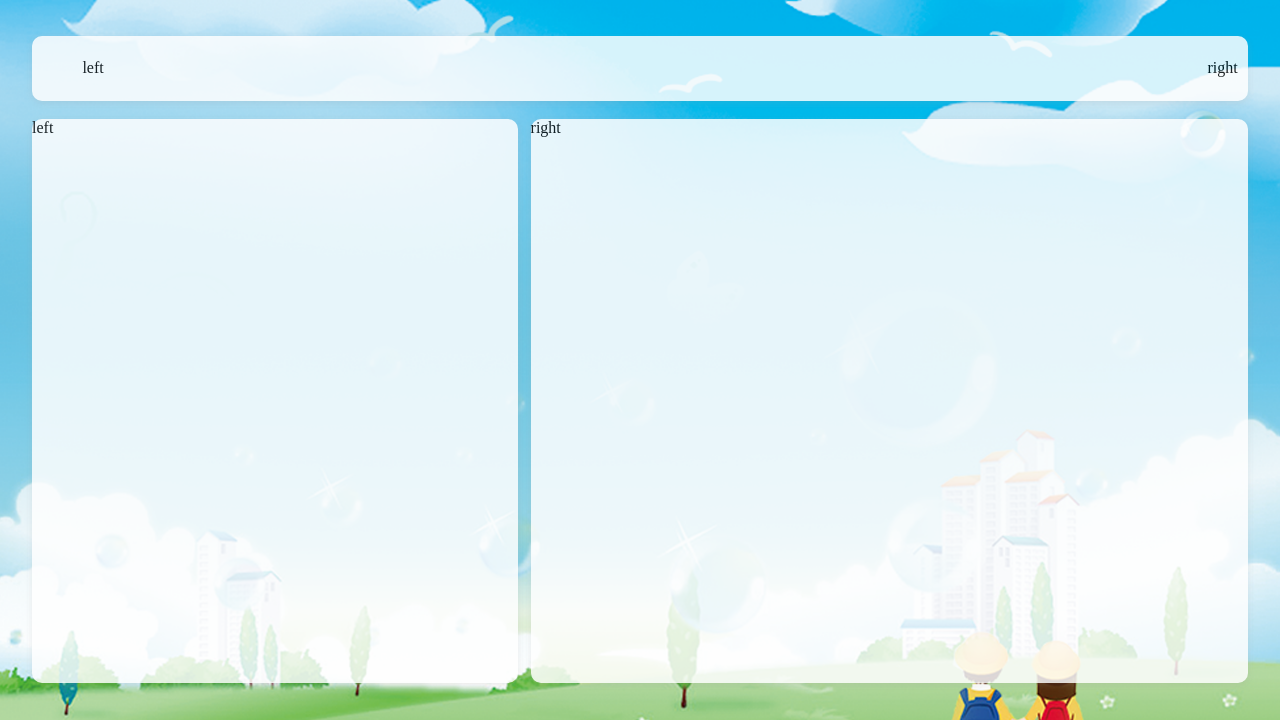
Repository: huangdesheng/classBrand
Page: / (app in classBrand/)
An editor plug-in stored every save of this project. The page is shown before and after the next save, followed by the edit.
The browser window is 1280 px wide. The pictures show the whole page.
The project was rebuilt for these pictures with package versions that can differ from the ones it lists, and the page was loaded fresh each time.

Above is the page before, as saved 2019-08-23 09:57:55.

After the next save:
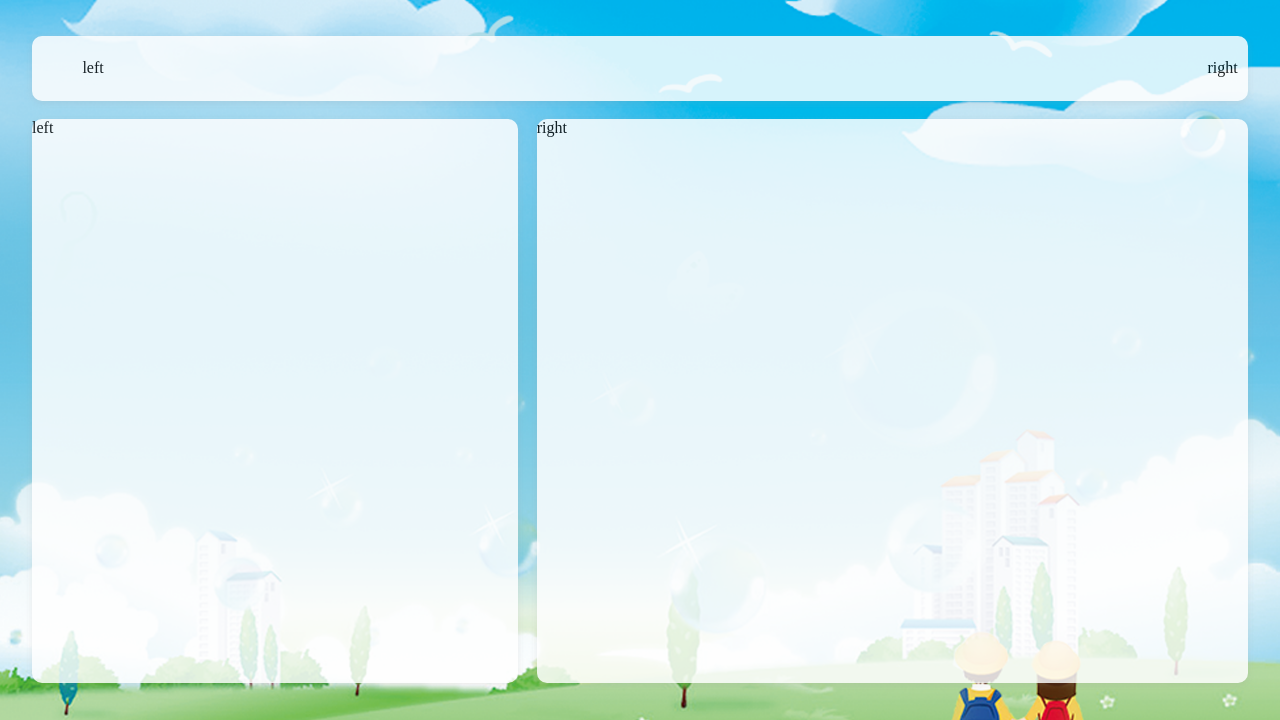
Saved 11 s later.
--- a/classBrand/src/views/index/index.vue
+++ b/classBrand/src/views/index/index.vue
@@ -56,7 +56,7 @@ export default {};
       height: 100%;
       &:nth-of-type(1) {
         width: 40%;
-        margin-right:1%;
+        margin-right: 1.5%;
       }
       &:nth-of-type(2) {
         flex: 1;
